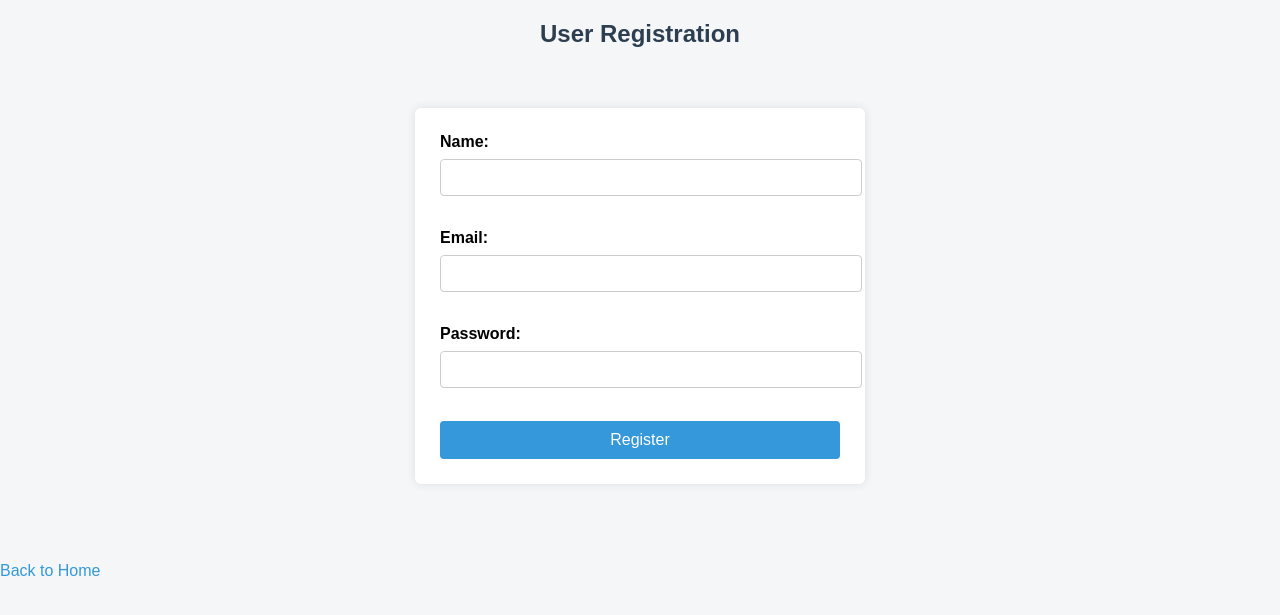
Repository: Sanjaya1822/Campus-Exchange
Page: http://localhost/CampusExchange/register.jsp
An editor plug-in stored every save of this project. The page is shown before and after the next save, followed by the edit.
The browser window is 1280 px wide. The pictures show the whole page.
The page is served by Tomcat 9.

Above is the page before, as saved 2026-01-30 17:43:43.

After the next save:
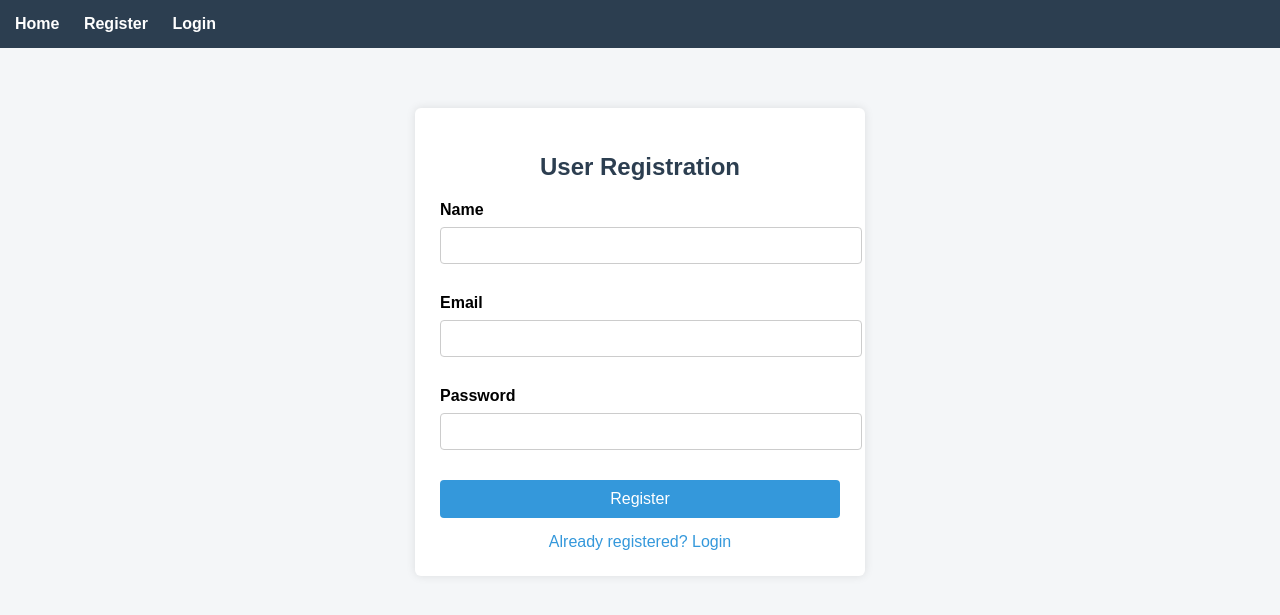
Saved 23 s later.
--- a/CampusExchange/src/main/webapp/register.jsp
+++ b/CampusExchange/src/main/webapp/register.jsp
@@ -8,23 +8,37 @@
 </head>
 <body>
 
-<h2>User Registration</h2>
+<div class="navbar">
+    <a href="index.jsp">Home</a>
+    <a href="register.jsp">Register</a>
+    <a href="login.jsp">Login</a>
+</div>
+
 <div class="container">
-<form action="register" method="post">
-    <label>Name:</label><br>
-    <input type="text" name="name" required><br><br>
+    <h2 class="auth-title">User Registration</h2>
 
-    <label>Email:</label><br>
-    <input type="email" name="email" required><br><br>
+    <form action="register" method="post">
+        <div class="form-group">
+            <label>Name</label>
+            <input type="text" name="name" required>
+        </div>
 
-    <label>Password:</label><br>
-    <input type="password" name="password" required><br><br>
+        <div class="form-group">
+            <label>Email</label>
+            <input type="email" name="email" required>
+        </div>
 
-    <input type="submit" value="Register">
-</form>
+        <div class="form-group">
+            <label>Password</label>
+            <input type="password" name="password" required>
+        </div>
+
+        <input type="submit" value="Register">
+    </form>
+
+    <a class="auth-link" href="login.jsp">Already registered? Login</a>
 </div>
-<br>
-<a href="index.jsp">Back to Home</a>
 
 </body>
+
 </html>
